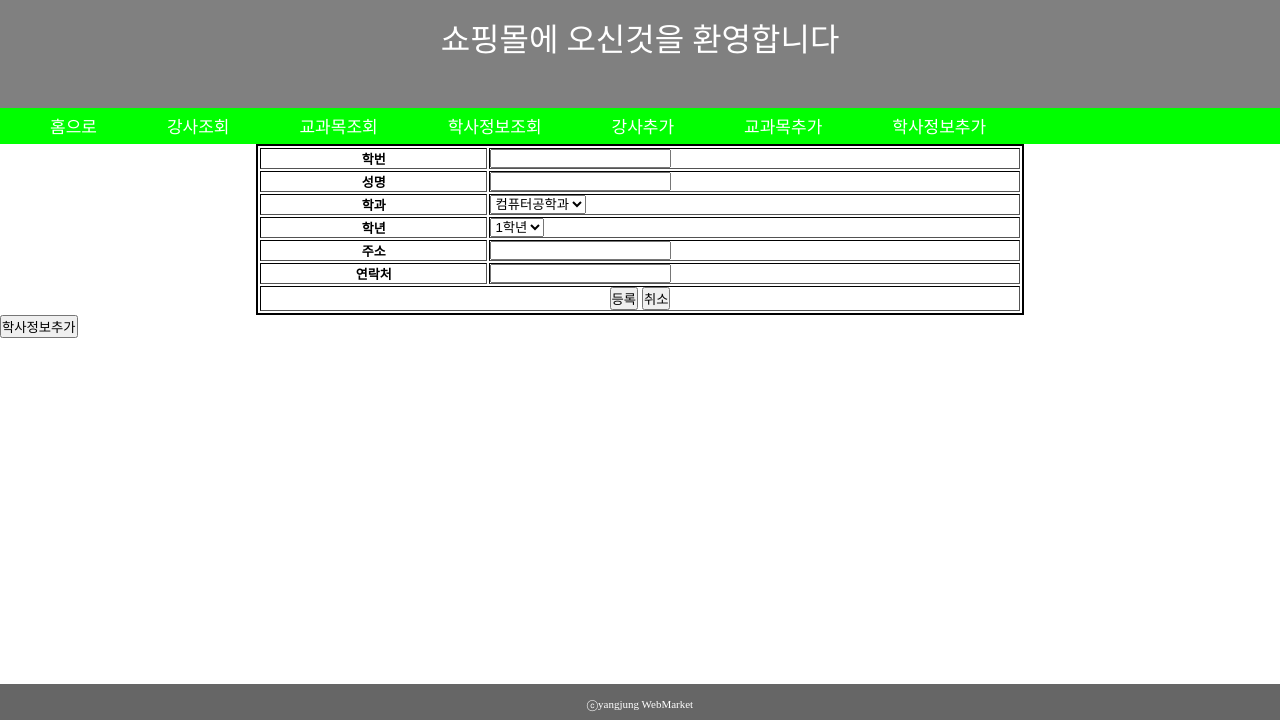
Repository: cccf777/-
Page: http://localhost/D0428/shop/hakInsert.jsp
The author's editor kept a copy of each file at every save. The page is drawn from the files as they stood at one save, then again after the next save.
The browser window is 1280 px wide. The pictures show the whole page.
The page is served by Tomcat 9.

Above is the page before, as saved 2021-04-28 01:30:00.

### workspace/D0428/src/main/webapp/shop/hakInsert.jsp
<%@ page language="java" contentType="text/html; charset=UTF-8"
    pageEncoding="UTF-8"%>
<!DOCTYPE html>
<html>
<head>
<meta charset="UTF-8">
<title>Insert title here</title>
<script>
function check(){
	if(document.form.studno.value==""){
		alert("학번이 입력되지 않음");
		document.form.studno.focus();
	}else if(document.form.name.value==""){
		alert("이름이 입력되지 않음");
		document.form.name.focus();
	}else{
		document.form.submit();
	}
}

</script>
</head>
<body>

<%@ include file="header.jsp" %>
<%@ include file="nav.jsp" %>
<section>
<form name="form" method="post" action="hakInsertProcess.jsp">
<table border="1" id="table1">
	<tr>
		<th width="30%">학번</th>
		<td><input type="text" name="studno" id="in1" <%-- value="<%=no %>" --%>></td>
	</tr>
	<tr>
		<th width="30%">성명</th>
		<td><input type="text" name="name" id="in1"></td>
	</tr>
	<tr>
		<th width="30%">학과</th>
		<td>
		<select name="dept" id="in1">
		<option value="1" selected>컴퓨터공학과</option>
		<option value="2">경영학과</option>
		<option value="3">경제학과</option>
		</select>
		</td>
	</tr>
	<tr>
		<th width="30%">학년</th>
		<td>
		<select name="position" id="in1">
		<option value="1" selected>1학년</option>
		<option value="2">2학년</option>
		<option value="3">3학년</option>
		</select>
		</td>
	</tr>
	<tr>
		<th width="30%">주소</th>
		<td><input type="text" name="address"  id="in1"></td>
	</tr>
	<tr>
		<th width="30%">연락처</th>
		<td><input type="text" name="phone"  id="in1"></td>
	</tr>
	<tr>
		<td colspan=2 class="center">
		<input type="button" value="등록" onclick="javascript:check()">
		<input type="reset" value="취소">
		</td>
	</tr>
</table>
</form>
<input type="button" value="학사정보추가" >
</section>
<%@ include file="footer.jsp" %>
</body>
</html>

### workspace/D0428/src/main/webapp/shop/header.jsp
<%@ page language="java" contentType="text/html; charset=UTF-8"
    pageEncoding="UTF-8"%>
<!DOCTYPE html>
<html>
<head>
<meta charset="UTF-8">
<title>Insert title here</title>
<link rel="stylesheet" href="common.css">
</head>
<body>
<header>쇼핑몰에 오신것을 환영합니다

</header>
</body>
</html>

### workspace/D0428/src/main/webapp/shop/nav.jsp
<%@ page language="java" contentType="text/html; charset=UTF-8"
    pageEncoding="UTF-8"%>
<!DOCTYPE html>
<html>
<head>
<meta charset="UTF-8">
<title>Insert title here</title>
<link rel="stylesheet" href="common.css">
</head>
<body>
<nav>
	<ul>
		<li><a href="hakInsert.jsp">학사정보추가</a></li>
		<li><a href="subInsert.jsp">교과목추가</a></li>
		<li><a href="teacherInsert.jsp">강사추가</a></li>
		<li><a href="hakSelect.jsp">학사정보조회</a></li>
		<li><a href="subSelect.jsp">교과목조회</a></li>
		<li><a href="teacherSelect.jsp">강사조회</a></li>
		<li><a href="index.jsp">홈으로</a></li>
	</ul>
</nav>
</body>
</html>

### workspace/D0428/src/main/webapp/shop/footer.jsp
<%@ page language="java" contentType="text/html; charset=UTF-8"
    pageEncoding="UTF-8"%>
<!DOCTYPE html>
<html>
<head>
<meta charset="UTF-8">
<title>Insert title here</title>
<link rel="stylesheet" href="common.css">
</head>
<body>
<footer>
ⓒyangjung WebMarket
</footer>
</body>
</html>

### workspace/D0428/src/main/webapp/shop/common.css
@charset "UTF-8";
header{
	height:15%;
	background:grey;
	color:#ffffff;
	text-align:center;
	line-height:80px;
	font-size:2em;
}

footer{
	height:5%;
	background:#666;
	color:#fff;
	text-align:center;
	line-height:40px;
	font-size:11px;
}
nav{
	height:5%;
	line-height:40px;
	background:lime;
	text-align:left;
}
nav ul{
	display:inline-block;
	list-style-type:none;
}
nav li{
	float:right;
	margin: 0 0 0 30px;
}
nav a{
	display:block;
	color:#ffffff;
	font-size:17px;
	text-decoration:none;
	padding:0 20px;
}

section{
	height:75%;
	width:100%;
	margin:0 auto;
	font-size:13px;
}
*{
	margin:0;
	padding:0;
}
html,body{
	height:100%;
	width:100%;
}

section table{
	width:70%;
	height:50%;
	margin:0 auto;
	border:2px solid black;
}
#table1{
	width:60%;
	height:50%;
	margin:0 auto;
	border:2px solid black;
}
#h3{
	text-align:center;
	padding:0.5% 0;
}
.center{
	text-align: center;
	font-size:1.2em;
}
#id1{
	height:30px;
	width:60%;
}
#t1{
	margin-left:25%;
}

After the next save:
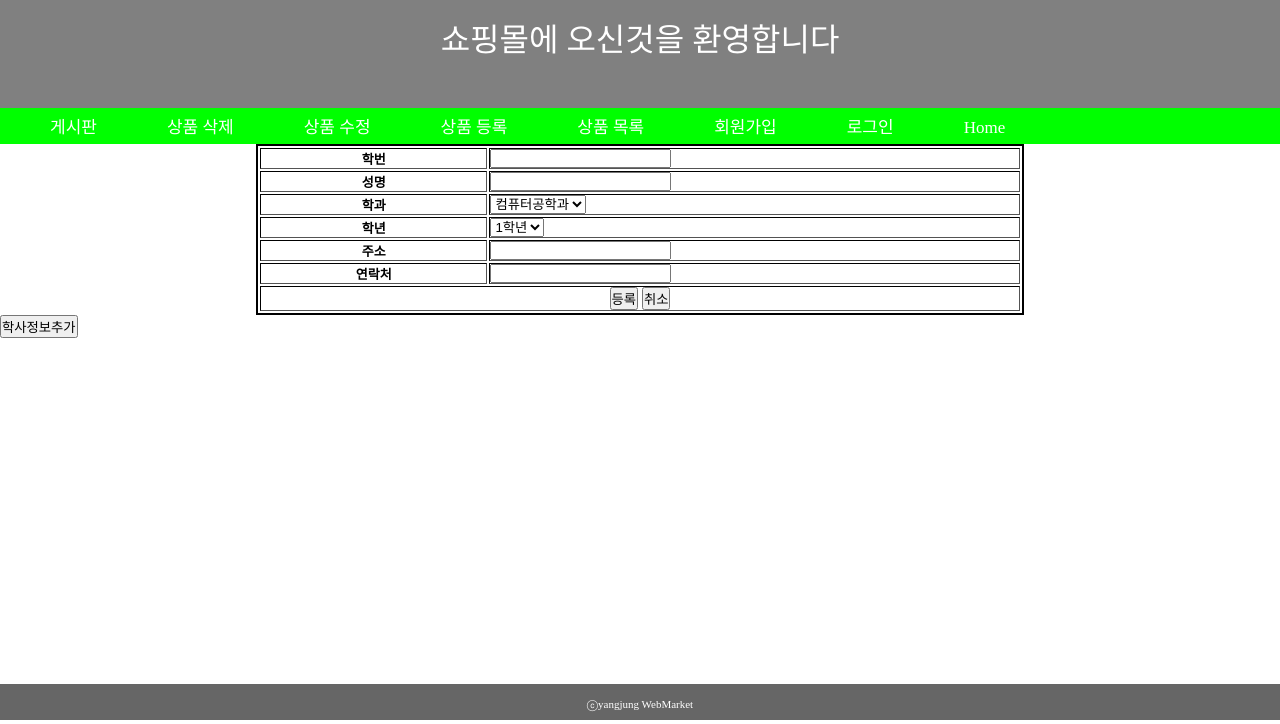
Saved 83 s later.
--- a/workspace/D0428/src/main/webapp/shop/nav.jsp
+++ b/workspace/D0428/src/main/webapp/shop/nav.jsp
@@ -10,13 +10,14 @@
 <body>
 <nav>
 	<ul>
-		<li><a href="hakInsert.jsp">학사정보추가</a></li>
-		<li><a href="subInsert.jsp">교과목추가</a></li>
-		<li><a href="teacherInsert.jsp">강사추가</a></li>
-		<li><a href="hakSelect.jsp">학사정보조회</a></li>
-		<li><a href="subSelect.jsp">교과목조회</a></li>
-		<li><a href="teacherSelect.jsp">강사조회</a></li>
-		<li><a href="index.jsp">홈으로</a></li>
+		<li><a href="index.jsp">Home</a></li>
+		<li><a href="subInsert.jsp">로그인</a></li>
+		<li><a href="teacherInsert.jsp">회원가입</a></li>
+		<li><a href="hakSelect.jsp">상품 목록</a></li>
+		<li><a href="subSelect.jsp">상품 등록</a></li>
+		<li><a href="teacherSelect.jsp">상품 수정</a></li>
+		<li><a href="index.jsp">상품 삭제</a></li>
+		<li><a href="index.jsp">게시판</a></li>
 	</ul>
 </nav>
 </body>
